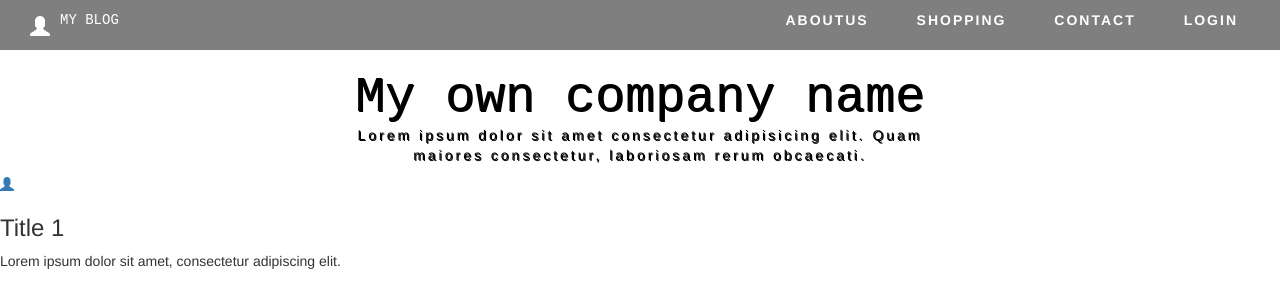
Repository: alikahwaji/HTML-CSS
Page: index.html
An editor plug-in stored every save of this project. The page is shown before and after the next save, followed by the edit.
The browser window is 1280 px wide. The pictures show the whole page.

Above is the page before, as saved 2019-10-07 14:47:40.

### index.html
<!DOCTYPE html>
  <head>
    <meta charset="utf-8">
    <meta http-equiv="X-UA-Compatible" content="IE=edge">
    <title></title>
    <meta name="description" content="">
    <meta name="viewport" content="width=device-width, initial-scale=1">
    <link rel="stylesheet" href="https://maxcdn.bootstrapcdn.com/bootstrap/3.3.7/css/bootstrap.min.css">
    <link rel="stylesheet" href="./style.css">
  </head>
  <body>
    <header>
      <div>
        <i class="glyphicon glyphicon-user"></i>
        <p>MY BLOG</p>
      </div>
      <nav>
        <ul>
          <li><a href="#">Aboutus</a></li>
          <li><a href="#">Shopping</a></li>
          <li><a href="#">Contact</a></li>
          <li><a href="#">Login</a></li>
        </ul>
      </nav>
    </header>

    <section class="titles">
      <h1>My own company name</h1>
      <p>Lorem ipsum dolor sit amet consectetur adipisicing elit.
        Quam maiores consectetur, laboriosam rerum obcaecati.</p>
    </section>

    <section class="container-boxes">
      <div class="box">
        <div class="icon">
          <a href=""><i class="glyphicon glyphicon-user"></i></a>
        </div>
        <div class="text">
          <h3>Title 1</h3>
          <p>Lorem ipsum dolor sit amet, consectetur adipiscing elit.</p>
        </div>
      </div>
    </section>
  </body>
</html>

### style.css
header{
  display: flex;
  justify-content: space-between;
  color: white;
  background: rgba(0, 0, 0, 0.5)
}

header div {
  display: flex;
  justify-content: space-between;
  align-items: center;
  font-family: 'Courier New', Courier, monospace;
  margin: 0 2rem;
}

header div i {
  font-size: 2rem;
  margin: 1rem;
}

header nav {
  padding: 1rem 2rem;
}

nav ul li {
  list-style: none;
  display: inline;
  text-transform: uppercase;
  font-weight: bold;
  letter-spacing: 2px;
  padding: 2px;
}

nav li a {
  padding: 1rem;
  margin: 1rem;
  text-decoration: none;
  color: white;
  transition: all 250ms ease-in;
}

nav li a:hover{
  background: rgba(255, 255, 255, .3);
  color: black;
}

.titles{
  color: black;
  text-align: center;
  width: 50vw;
  margin: 0 auto;
}

.titles h1 {
  font-family: 'Courier New', Courier, monospace;
  font-size: 5rem;
  margin-bottom: 0;
  text-shadow: 1px 1px 0 black;
}

.titles p {
  letter-spacing: 3px;
  text-shadow: 1px 1px 0 black;
}

After the next save:
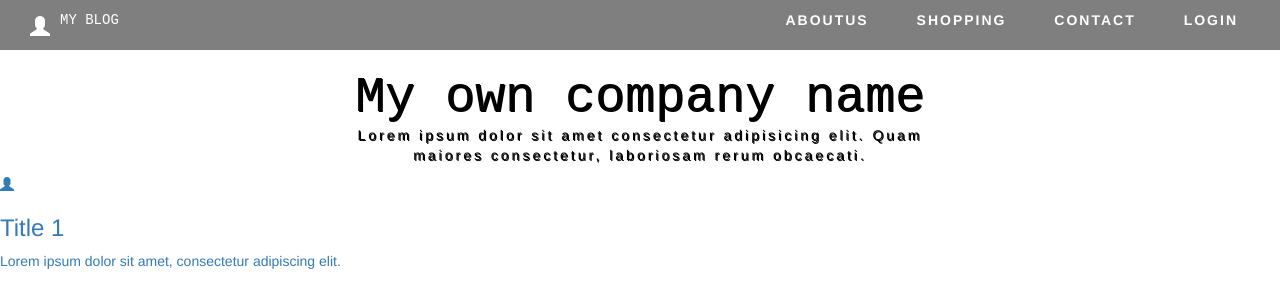
Saved 62 s later.
--- a/index.html
+++ b/index.html
@@ -36,8 +36,10 @@
           <a href=""><i class="glyphicon glyphicon-user"></i></a>
         </div>
         <div class="text">
-          <h3>Title 1</h3>
-          <p>Lorem ipsum dolor sit amet, consectetur adipiscing elit.</p>
+          <a href="">
+              <h3>Title 1</h3>
+              <p>Lorem ipsum dolor sit amet, consectetur adipiscing elit.</p>
+          </a>
         </div>
       </div>
     </section>
